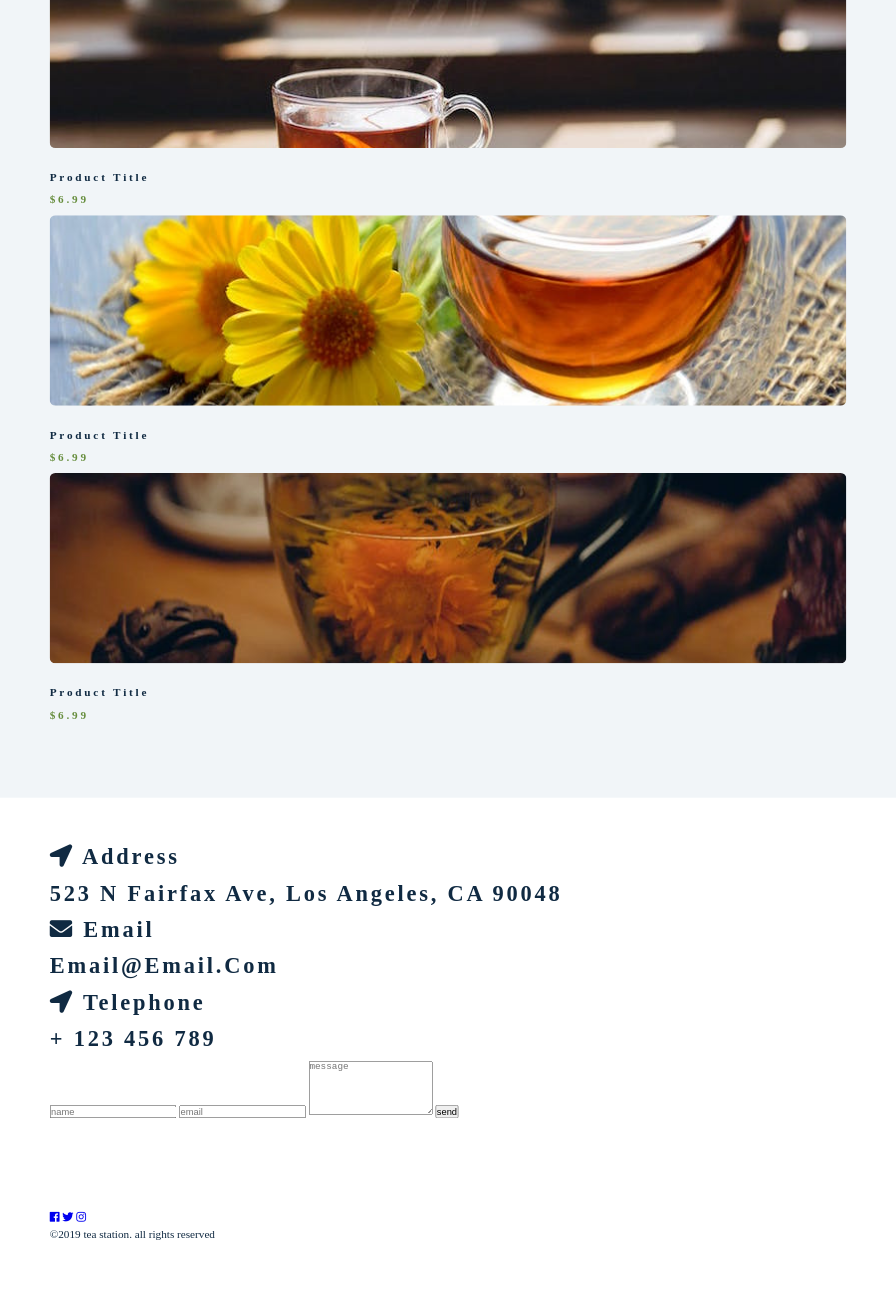
Repository: Ndifoinhilary/building_tea_site
Page: index.html
An editor plug-in stored every save of this project. The page is shown before and after the next save, followed by the edit.
The browser window is 1280 px wide. The pictures show the part of the page from y = 2111 to 4031 px (the page is 3971 px tall before and 4031 px after), at 70% of full size.
Backgrounds fixed to the window are drawn as part of the page. Some web fonts or font styles are not loaded; a fallback is used.

Above is the page before, as saved 2024-01-06 13:10:10.

### index.html
<!DOCTYPE html>
<html lang="en">

<head>
  <meta charset="UTF-8" />
  <meta name="viewport" content="width=device-width, initial-scale=1.0" />
  <meta http-equiv="X-UA-Compatible" content="ie=edge" />
  <title>Tea Station || Home</title>
  <!-- font-awesome -->
  <link rel="stylesheet" href="./fontawesome-free-5.7.2-web/css/all.css" />
  <!-- custom css -->
  <link rel="stylesheet" href="./css/styles.css" />
</head>

<body>
  <!-- nav button -->
  <span class="nav-btn" id="nav-btn">
    <i class="fas fa-bars"></i>
  </span>
  <!-- nav -->
  <nav class="navbar" id="navbar">
    <div class="navbar-header">
      <span class="nav-close" id="nav-close">
        <i class="fas fa-times"></i>
      </span>
    </div>
    <ul class="nav-items">
      <li><a href="index.html" class="nav-link">home</a></li>
      <li><a href="skills.html" class="nav-link">skills</a></li>
      <li><a href="about.html" class="nav-link">about</a></li>
      <li><a href="products.html" class="nav-link">products</a></li>
    </ul>
  </nav>
  <!-- header -->
  <header class="header">
    <div class="banner">
      <h2 class="banner-subtitle">Over one hunred flavors of tea</h2>
      <h1 class="banner-title">specially crafted tea</h1>
      <a href="skills.html" class=" btn banner-btn">explore</a>
    </div>
  </header>

  <div class="content-divider"></div>





  <!-- skills section -->
  <section class="skills clearfix">
    <!-- single skill -->
    <article class="skill">
      <span class="skill-icon">
        <i class="fas fa-mug-hot"></i>
      </span>
      <h4 class="skill-title">made in US</h4>
      <!-- ten words -->
      <p class="skill-text">
        Lorem ipsum dolor sit amet consectetur adipisicing elit. Tempore,
        sequi.
      </p>
    </article>
    <!-- end of single skill -->
    <!-- single skill -->
    <article class="skill">
      <span class="skill-icon">
        <i class="fas fa-glass-cheers"></i>
      </span>
      <h4 class="skill-title">relaxation</h4>
      <!-- ten words -->
      <p class="skill-text">
        Lorem ipsum dolor sit amet consectetur adipisicing elit. Tempore,
        sequi.
      </p>
    </article>
    <!-- end of single skill -->
    <!-- single skill -->
    <article class="skill">
      <span class="skill-icon">
        <i class="fas fa-bomb"></i>
      </span>
      <h4 class="skill-title">energy</h4>
      <!-- ten words -->
      <p class="skill-text">
        Lorem ipsum dolor sit amet consectetur adipisicing elit. Tempore,
        sequi.
      </p>
    </article>
    <!-- end of single skill -->
    <!-- single skill -->
    <article class="skill">
      <span class="skill-icon">
        <i class="fas fa-mortar-pestle"></i>
      </span>
      <h4 class="skill-title">family recipe</h4>
      <!-- ten words -->
      <p class="skill-text">
        Lorem ipsum dolor sit amet consectetur adipisicing elit. Tempore,
        sequi.
      </p>
    </article>
    <!-- end of single skill -->
  </section>
  <!--end of skills section -->




  <!-- about -->
  <section class="about">

    <div class="section-center clearfix">

      <article class="about-img">
        <div class="about-picture-container">
          <img src="./images/about-bcg.jpeg" alt="tea kettle" class="about-picture" />
        </div>
      </article>

      <article class="about-info">
        <!-- section title -->
        <div class="section-title">
          <h3 class="section-subtitle">about our</h3>
          <h2 class="section-title">tea station</h2>
        </div>
        <!-- section title -->
        <p class="about-text">
          Lorem ipsum dolor sit amet consectetur adipisicing elit. Possimus
          numquam rem eos vel consequuntur obcaecati?
        </p>
        <p class="about-text">
          Lorem ipsum dolor sit amet consectetur adipisicing elit. Possimus
          numquam rem eos vel consequuntur obcaecati?
        </p>
        <a href="about.html" class="btn">learn more</a>
      </article>
    </div>
  </section>
  <!-- end of about -->





  <!-- products -->
  <section class="products">
    <div class="section-center clearfix">
      <!-- products info  -->
      <article class="products-info">
        <!-- title -->
        <div>
          <h3 class="section-subtitle">check out</h3>
          <h2 class="section-title text-white">our products</h2>
        </div>
        <!-- end of title -->
        <p class="product-text">
          Lorem ipsum dolor sit amet consectetur adipisicing elit. Quod, quae
          vitae! Natus sed fugiat id laudantium nemo, asperiores corporis
          amet!
        </p>
        <a href="products.html" class="btn">inventory</a>
      </article>
      <!-- end of products info -->

      <!-- products inventory -->
      <article class="products-inventory clearfix">
        <!-- single product -->
        <div class="product">
          <img src="./images/product-1.jpeg" alt="single product" class="product-img" />
          <h4 class="product-title">product title</h4>
          <h4 class="product-price">$6.99</h4>
        </div>
        <!--end of single product -->
        <!-- single product -->
        <div class="product">
          <img src="./images/product-2.jpeg" alt="single product" class="product-img" />
          <h4 class="product-title">product title</h4>
          <h4 class="product-price">$6.99</h4>
        </div>
        <!--end of single product -->
        <!-- single product -->
        <div class="product">
          <img src="./images/product-3.jpeg" alt="single product" class="product-img" />
          <h4 class="product-title">product title</h4>
          <h4 class="product-price">$6.99</h4>
        </div>
        <!--end of single product -->
      </article>
      <!--end of  products inventory -->
    </div>
  </section>


  <!-- end of  products -->




  <!-- contact -->
  <section class="contact">
    <div class="section-center clearfix">
      <!-- contact info -->
      <article class="contact-info">
        <!-- contact item -->
        <div class="contact-item">
          <!-- contact text -->
          <h3 class="contact-title">
            <span class="contact-icon">
              <i class="fas fa-location-arrow"></i> </span>address
          </h3>
          <h3 class="contact-text">
            523 N Fairfax Ave, Los Angeles, CA 90048
          </h3>
        </div>
        <!-- end of contact item -->
        <!-- contact item -->
        <div class="contact-item">
          <!-- contact text -->
          <h3 class="contact-title">
            <span class="contact-icon"> <i class="fas fa-envelope"></i> </span>email
          </h3>
          <h3 class="contact-text">email@email.com</h3>
        </div>
        <!-- end of contact item -->

        <!-- contact item -->
        <div class="contact-item">
          <!-- contact text -->
          <h3 class="contact-title">
            <span class="contact-icon">
              <i class="fas fa-location-arrow"></i> </span>telephone
          </h3>
          <h3 class="contact-text">+ 123 456 789</h3>
        </div>
        <!-- end of contact item -->
      </article>
      <article class="contact-form">
        <form action="https://formspree.io/learncodetutorial@gmail.com" method="POST" class="form-group">
          <input type="text" name="name" placeholder="name" class="form-control" />
          <input type="email" name="email" placeholder="email" class="form-control" />
          <textarea name="message" placeholder="message" class="form-control" rows="5"></textarea>
          <button class="main-btn">send</button>
        </form>
      </article>
      <!-- end of contact info -->
    </div>
  </section>




  <!-- end o fcontact -->
  <footer class="footer">
    <div class="section-center">
      <div class="social-icons">
        <!-- social icon -->
        <a href="#" class="social-icon">
          <i class="fab fa-facebook"></i>
        </a>
        <!-- end of social icon -->
        <!-- social icon -->
        <a href="#" class="social-icon">
          <i class="fab fa-twitter"></i>
        </a>
        <!-- end of social icon -->
        <!-- social icon -->
        <a href="#" class="social-icon">
          <i class="fab fa-instagram"></i>
        </a>
        <!-- end of social icon -->
      </div>
      <p class="footer-text">
        &copy;2019 <span class="text-primary">tea station</span>. all rights
        reserved
      </p>
    </div>
  </footer>



  <script src="app.js"></script>
</body>

</html>

### css/styles.css
@import url("https://fonts.googleapis.com/css?family=Catamaran:400,700|Grand+Hotel");

* {
  margin: 0;
  padding: 0;
  box-sizing: border-box;
}

/*================
Global variables
===================
*/

:root{
  --clr-primary:#678e3e;
  --clr-primary-light:#beed8c;
  --clr-grey-1:#102a42;
  --clr-grey-5:#617d98;
  --clr-grey-10:#f1f5f8;
  --clr-white:#fff;
  --ff-primary:"Catamaran",sans-serif;
  --ff-secondary:"Grand Hotel", cursive;
  --transition: all 0.3s linear ;
  --spacing:0.25rem;
  --radius:0.5rem;
}


body{
  font-family: var(--clr-primary);
  background: var(--clr-white);
  color: var(--clr-grey-1);
  line-height: 1.5;
  font-size: 0.875rem;
}

a{
  text-decoration: none;
}

img{
  width: 100%;
  display: block;
}
h1,h2,h3,h4{
  letter-spacing: var(--spacing);
  text-transform: capitalize;
  line-height: 1.25;
  margin-bottom: 0.75rem;
}

h1{
  font-size: 3rem;
}
h2{
  font-size: 2rem;
}
h3{
  font-size: 1.5rem;
}
h4{
  font-size: 0.875rem;
}

p{
  margin-bottom: 1.25rem;
}
@media screen and (min-width:800px) {
  h1{
    font-size: 4rem;
  }
  h2{
    font-size: 2.5rem;
  }
  h3{
    font-size: 2rem;
  }
  h4{
    font-size: 1rem;
  }
  body{
    font-size: 1rem;
  }
  h1,h2,h3,h4{
    line-height: 1.25;

  }
}
/*
more css
 */

 .btn{
  text-transform: uppercase;
  background: var(--clr-primary);
  color: var(--clr-white);
  padding: 1rem 0.75rem;
  letter-spacing: var(--spacing);
  display: inline-block;
  font-weight:700 ;
  transition: var(--transition);
  font-size: 1rem;
  border: none;
  cursor: pointer;
  box-shadow: 0 1px 3px rgba(0, 0, 0,0.2);
 }
.btn:hover {
  color: var(--ff-primary);
  background: var(--clr-primary-light);
}
.clearfix::after , .clearfix::before{
  content: "";
  clear: both;
  display: table;
}
.section-title h3{
font-family: var(--ff-secondary);
color: var(--clr-primary);
}
section-title{
  margin-bottom: 2rem;
}
.section-center{
  padding: 4rem 0;
  width: 85vw;
  margin: 0 auto;
  max-width: 1170px;
}
@media screen and (min-width:992px) {
  .section-center{
    width: 95vw;
    padding: 4rem 1rem;
  }
}
 /*
 header
  */

  .header{
    min-height: 100vh;
    background: linear-gradient(rgba(0, 0, 0,0.6),rgba(0, 0, 0,0.6)) ,url("/images/main-bcg.jpeg") center/cover no-repeat fixed;
    position: relative;
    /* animation */
    overflow-x: hidden;

  }

  .banner{
    text-align: center;
    position: absolute;
    top: 50%;
    left: 50%;
    transform: translate(-50%,-50%);
  }

  .banner h2{
    font-family: var(--ff-secondary);
    color: var(--clr-primary);
    /* animation */
  }

  .banner h1{
    text-transform: uppercase;
    color: var(--clr-white);
    margin-top: 1.25rem;
    margin-bottom: 2rem;
  }

.banner-btn{
  outline: 0.125rem solid var(--clr-primary);
  outline-offset: 0.25rem;
  font-size: 1.25rem;
  padding:1rem 1.75rem ;
}

.content-divider{
height: 0.5rem;
background: linear-gradient(to left, var(--clr-primary), #e9b949, var(--clr-primary));
}

/*
skills section
 */

 .skills{
  background: var(--clr-grey-10);

 }

 .skill{
  text-align: center;
  padding: 2.5rem 0;
  transition: var(--transition);

 }

 .skill-icon{
  font-size: 2.5rem;
  margin-bottom: 1.25rem;
  transition: var(--transition);
  display: inline-block;
  color: var(--clr-primary);

 }
 .skill-text{
  color: var(--clr-grey-5);
  max-width: 17rem;
  margin: 0 auto;
 }
 .skill:hover {
  background: var(--clr-white);
  box-shadow: 0  2px var(--clr-primary);
 }

 .skill:hover .skill-icon{
  transform: translateY(-5px);
 }
 @media screen and (min-width:576px) {
  .skill{
    float: left;
    width: 50%;
  }
 }

 @media screen and (min-width:1200px) {
  .skill{

    width: 25%;
  }
 }

 /*
 About css
  */
.about-img, .about-info{
  padding: 2rem;
}

.about-picture-container{
  color: var(--clr-primary);
  border: 0.5rem solid var(--clr-primary);
  max-width: 30rem;
  overflow: hidden;

}

.about-picture{
  transition: var(--transition);
}

.about-picture-container:hover .about-picture{
opacity: 0.5;
transform: scale(1.2)
}


.about-text{
  max-width: 26rem;
  color: var(--clr-grey-5);
}


@media screen and (min-width:992px) {
  .about-info, .about-img{
    float: left;
    width: 50%;
  }
  .about-info{
    padding-left:2rem ;
  }
}
/*
product section
 */
.products{
  background: var(--clr-grey-10);

}

.products article{
  padding: 2rem 0;
}
.product-text{
  color: var(--clr-grey-5);
  max-width: 26rem;
}

.product-img{
  border-radius: var(--radius);
  margin-bottom: 2rem;
  height: 17rem;
  object-fit: cover;
}

.product-price{
  color: var(--clr-primary);
}

### app.js
const navBtn = document.getElementById("nav-btn");
const navbar = document.getElementById("navbar");
const navClose = document.getElementById("nav-close");

navBtn.addEventListener("click", () => {
  navbar.classList.add("showNav");
});

navClose.addEventListener("click", () => {
  navbar.classList.remove("showNav");
});

Loaded but not shown: fontawesome-free-5.7.2-web/css/all.css (library)

After the next save:
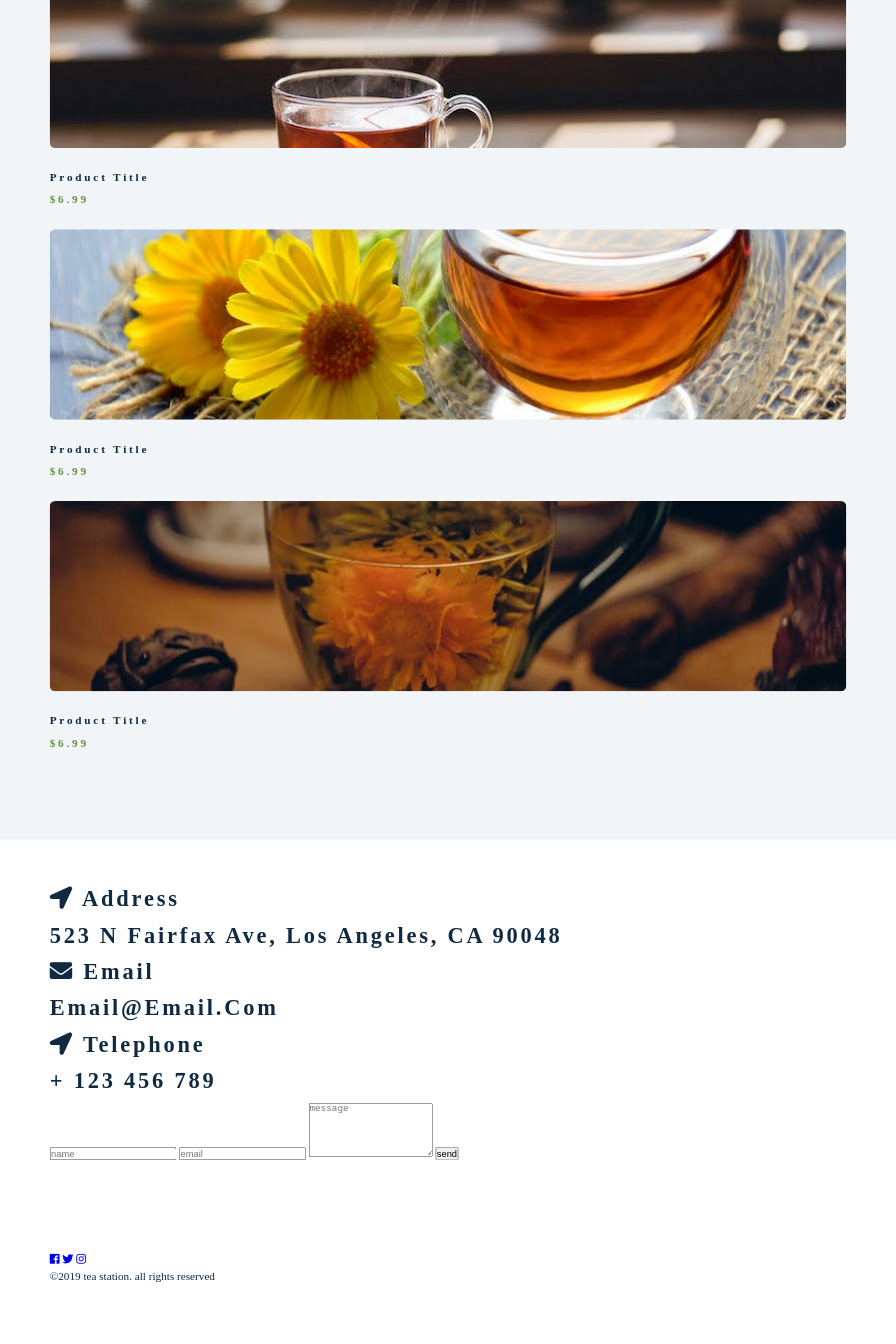
Saved 28 s later.
--- a/css/styles.css
+++ b/css/styles.css
@@ -272,6 +272,12 @@ transform: scale(1.2)
 /*
 product section
  */
+
+
+ .product{
+  margin-bottom: 2rem;
+ }
+
 .products{
   background: var(--clr-grey-10);
 
